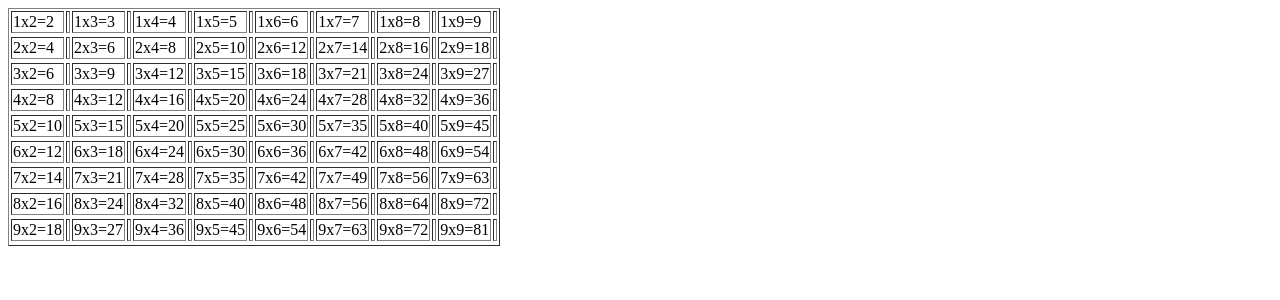
Repository: tldnwkd/jspclass2026
Page: http://localhost/chapter01/test02.jsp
An editor plug-in stored every save of this project. The page is shown before and after the next save, followed by the edit.
The browser window is 1280 px wide. The pictures show the whole page.
The page is served by Tomcat 9.

Above is the page before, as saved 2026-10-16 04:13:49.

### chapter01/src/main/webapp/test02.jsp
<%@ page language="java" contentType="text/html; charset=UTF-8"
    pageEncoding="UTF-8" import="java.util.*"%>
<!DOCTYPE html>
<html>
<head>
<meta charset="UTF-8">
<title>Insert title here</title>
</head>
<body>
<!-- 구구단 2단~ 9단까지 모두 출력할 것 -->
<table border="1">
<%for(int i=1; i<10; i++) {%>
	<tr>
	<%for(int j=2; j<10; j++){%>
	<td><%=i%>x<%=j%>=<%=i*j%><td/>
	<%}%>
	<tr/>
<%}%>
</table>


</body>
</html>

After the next save:
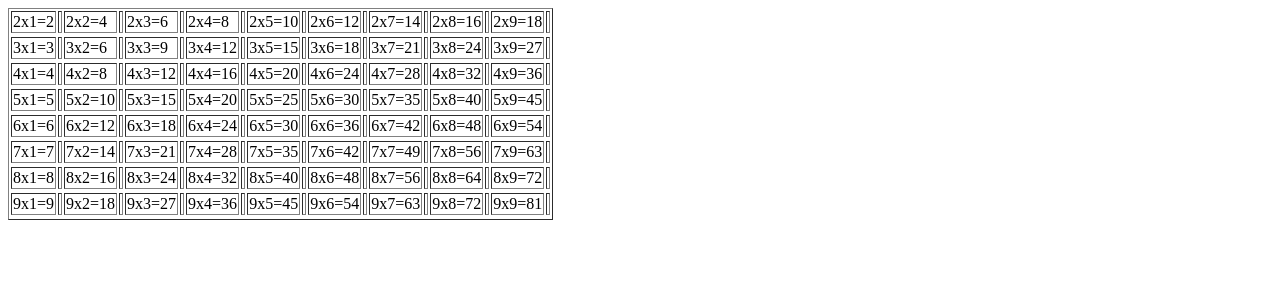
Saved 36 s later.
--- a/chapter01/src/main/webapp/test02.jsp
+++ b/chapter01/src/main/webapp/test02.jsp
@@ -9,9 +9,9 @@
 <body>
 <!-- 구구단 2단~ 9단까지 모두 출력할 것 -->
 <table border="1">
-<%for(int i=1; i<10; i++) {%>
+<%for(int i=2; i<10; i++) {%>
 	<tr>
-	<%for(int j=2; j<10; j++){%>
+	<%for(int j=1; j<10; j++){%>
 	<td><%=i%>x<%=j%>=<%=i*j%><td/>
 	<%}%>
 	<tr/>
